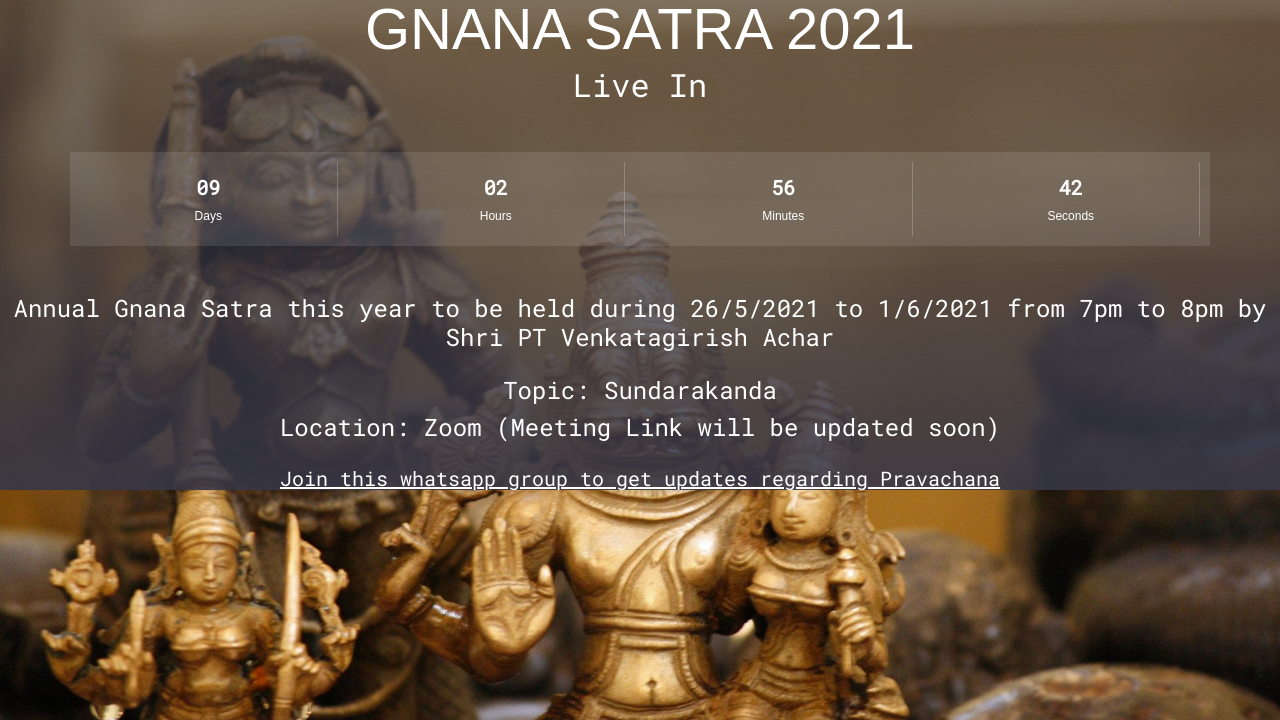
Repository: anirudhbichal/gs
Page: /
These files come from the project's save history. The page is drawn as it stood at one moment and after the next save; the edit follows.
The browser window is 1280 px wide. The pictures show the whole page.
Some web fonts or font styles are not loaded; a fallback is used. The project was rebuilt for these pictures with package versions that can differ from the ones it lists, and the page was loaded fresh each time.

Above is the page before, as saved 2021-05-18 22:38:07.

### public/index.html
<!DOCTYPE html>
<html lang="en">
  <head>
    <meta charset="utf-8" />
    <link rel="icon" href="%PUBLIC_URL%/om_col.svg" />
    <meta name="viewport" content="width=device-width, initial-scale=1" />
    <meta name="theme-color" content="#000000" />
    <meta
      name="description"
      content="Gnana Satra Website Develop"
    />
    <link rel="apple-touch-icon" href="%PUBLIC_URL%/om_col.svg" />
    <!--
      manifest.json provides metadata used when your web app is installed on a
      user's mobile device or desktop. See https://developers.google.com/web/fundamentals/web-app-manifest/
    -->
    <link rel="manifest" href="%PUBLIC_URL%/manifest.json" />
    <!--
      Notice the use of %PUBLIC_URL% in the tags above.
      It will be replaced with the URL of the `public` folder during the build.
      Only files inside the `public` folder can be referenced from the HTML.

      Unlike "/favicon.ico" or "favicon.ico", "%PUBLIC_URL%/favicon.ico" will
      work correctly both with client-side routing and a non-root public URL.
      Learn how to configure a non-root public URL by running `npm run build`.
    -->
    <title>Gnana Satra</title>
  </head>
  <body>
    <noscript>You need to enable JavaScript to run this app.</noscript>
    <div id="root"></div>
    <!--
      This HTML file is a template.
      If you open it directly in the browser, you will see an empty page.

      You can add webfonts, meta tags, or analytics to this file.
      The build step will place the bundled scripts into the <body> tag.

      To begin the development, run `npm start` or `yarn start`.
      To create a production bundle, use `npm run build` or `yarn build`.
    -->
  </body>
</html>

### src/App.js
import 'bootstrap/dist/css/bootstrap.min.css';
import './App.css';
import Container from 'react-bootstrap/Container';
import Timer from "./components/countdown/Timer";

function App() {
  return (
    <div className="App">
      {/* <Container className="my-5">
        <h1>
          Gnana Satra 2021
        </h1>
        <h2 className="mb-5">Live In</h2>
        <Timer />
        <h4 className="mt-5">
          Annual Gnana Satra this year to be held during 26/5/2021 to 1/6/2021 from 7pm to 8pm by Shri PT Venkatagirish Achar
        </h4>
        <h4 className="mt-4">
          Topic: Sundarakanda
        </h4>
        <h4>
          Location: Zoom (Meeting Link will be updated soon)
        </h4>

        <h5 className="mt-4 group-link">
          <a href="https://chat.whatsapp.com/Bpkp3Sle3405H2w5DgFScy" target="_blank">Join this whatsapp group to get updates regarding Pravachana </a>
        </h5>
      </Container> */}
        <h1>
          Gnana Satra 2021
        </h1>
        <h2 className="mb-5">Live In</h2>
        <Timer />
        <h4 className="mt-5">
          Annual Gnana Satra this year to be held during 26/5/2021 to 1/6/2021 from 7pm to 8pm by Shri PT Venkatagirish Achar
        </h4>
        <h4 className="mt-4">
          Topic: Sundarakanda
        </h4>
        <h4>
          Location: Zoom (Meeting Link will be updated soon)
        </h4>

        <h5 className="mt-4 group-link">
          <a href="https://chat.whatsapp.com/Bpkp3Sle3405H2w5DgFScy" target="_blank">Join this whatsapp group to get updates regarding Pravachana </a>
        </h5>
    </div>
  );
}

export default App;

### src/App.css
@import url("https://fonts.googleapis.com/css?family=Roboto+Mono&display=swap");
@import url('https://fonts.cdnfonts.com/css/samarkan');

body {
  color: #fff;
  font-family: "Roboto Mono", sans-serif;
  background-image: url('gs-bg.jpg');
  background-repeat: no-repeat;
  background-size: cover;
  background-position: top top;
  background-attachment: fixed;
  height: 100%;
}

.App {
  text-align: center;
  height: 100%;
  background: rgb(55, 55, 70);
  background: linear-gradient(
    0deg,
    rgba(55, 55, 70, 0.9) 0%,
    rgba(55, 55, 70, 0.7) 50%,
    rgba(55, 55, 70, 0.6) 100%
  );
}

h1 {
  font-family: 'Samarkan', sans-serif;
  font-size: 58px;
  text-transform: uppercase;
  line-height: 1;
}

.group-link a,.group-link a:hover, .group-link a:visited {
  color: #fff;
  text-decoration: underline;
}

### src/components/countdown/Timer.js
import React, { Component } from "react";
// import moment from 'moment';
import Container from 'react-bootstrap/Container';
import Row from 'react-bootstrap/Row';
import Col from 'react-bootstrap/Col';
import "./Timer.css";

class CountDown extends Component {
  constructor(props) {
    super(props);
    this.count = this.count.bind(this);
    this.state = {
      days: 0,
      minutes: 0,
      hours: 0,
      secounds: 0,
      time_up: ""
    };
    this.x = null;
    this.deadline = null;
  }
  count() {
    var now = new Date().getTime();
    var t = this.deadline - now;
    var dd = Math.floor(t / (1000 * 60 * 60 * 24));
    var hh = Math.floor((t % (1000 * 60 * 60 * 24)) / (1000 * 60 * 60));
    var mm = Math.floor((t % (1000 * 60 * 60)) / (1000 * 60));
    var ss = Math.floor((t % (1000 * 60)) / 1000);

    var days = dd < 10 ? "0" + dd : dd;
    var hours = hh < 10 ? "0" + hh : hh;
    var minutes = mm < 10 ? "0" + mm : mm;
    var seconds = ss < 10 ? "0" + ss : ss;

    this.setState({ days, minutes, hours, seconds });

    if (t < 0) {
      clearInterval(this.x);
      this.setState({
        days: 0,
        minutes: 0,
        hours: 0,
        seconds: 0,
        time_up: "TIME IS UP"
      });
    }
  }
  componentDidMount() {
    this.deadline = new Date("May 26, 2021 19:00:00").getTime();

    this.x = setInterval(this.count, 1000);
  }

  render() {
    const { days, seconds, hours, minutes } = this.state;
    return (
      <Container id="countdown">
        <Row>
            <Col>
                <div className="box">
                    <p id="day">{days}</p>
                    <span className="text">Days</span>
                </div>
            </Col>
            <Col>
                <div className="box">
                    <p id="hour">{hours}</p>
                    <span className="text">Hours</span>
                </div>
            </Col>
            <Col>
                <div className="box">
                    <p id="minute">{minutes}</p>
                    <span className="text">Minutes</span>
                </div>
            </Col>
            <Col>
                <div className="box">
                    <p id="second">{seconds}</p>
                    <span className="text">Seconds</span>
                </div>
            </Col>
        </Row>
      </Container>
    );
  }
}

export default CountDown;

### src/components/countdown/Timer.css
#countdown {
    padding: 10px;
    background-color: rgba(255, 255, 255, 0.1);
    display: inline-block;
    text-align: center;
    margin: auto;
  }
  #countdown .box {
    padding: 10px;
    border-right: solid 1px rgba(255, 255, 255, 0.2);
  }
  #countdown .col-4:last-child .box {
    border-right-color: transparent;
  }
  #countdown .box p {
    font-size: 20px;
    font-weight: bold;
    margin: 0;
  }
  #countdown .box .text {
    font-size: 12px;
    font-family: sans-serif;
  }

Loaded but not shown: src/index.js (common file); src/index.css (common file); src/reportWebVitals.js (common file)

After the next save:
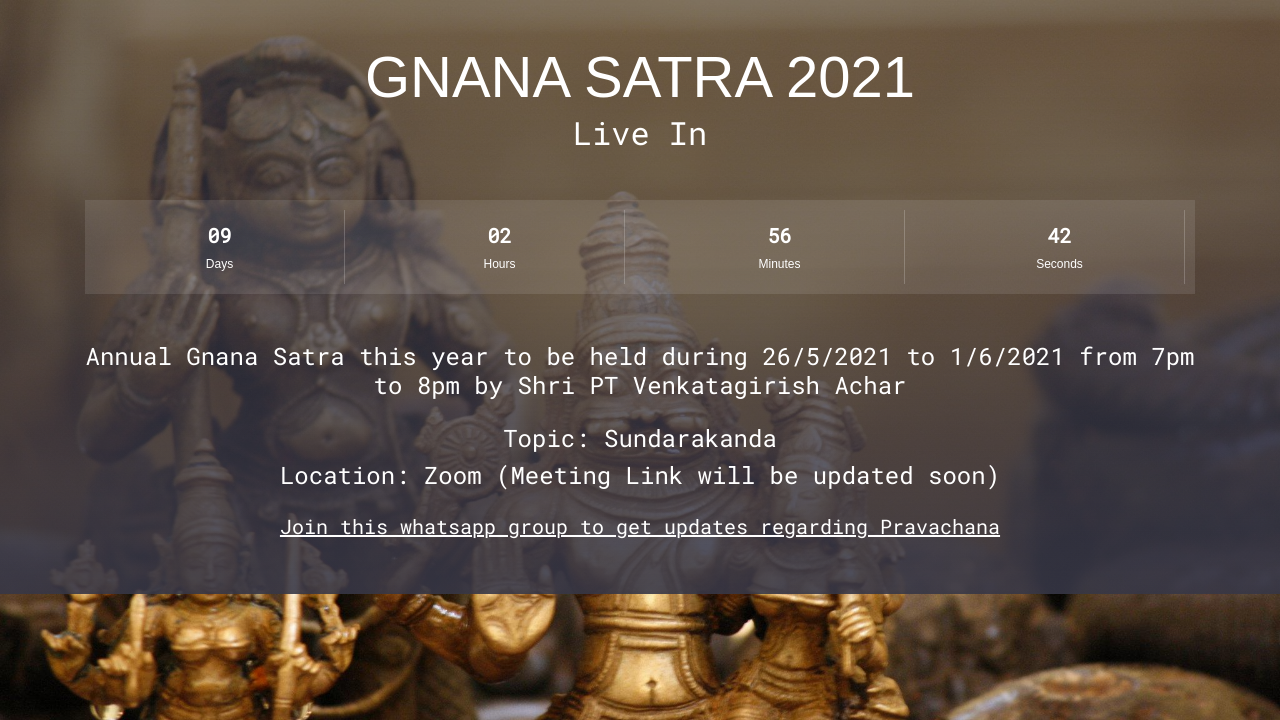
Saved 98 s later.
--- a/src/App.js
+++ b/src/App.js
@@ -6,7 +6,7 @@ import Timer from "./components/countdown/Timer";
 function App() {
   return (
     <div className="App">
-      {/* <Container className="my-5">
+      <Container className="py-5">
         <h1>
           Gnana Satra 2021
         </h1>
@@ -25,25 +25,7 @@ function App() {
         <h5 className="mt-4 group-link">
           <a href="https://chat.whatsapp.com/Bpkp3Sle3405H2w5DgFScy" target="_blank">Join this whatsapp group to get updates regarding Pravachana </a>
         </h5>
-      </Container> */}
-        <h1>
-          Gnana Satra 2021
-        </h1>
-        <h2 className="mb-5">Live In</h2>
-        <Timer />
-        <h4 className="mt-5">
-          Annual Gnana Satra this year to be held during 26/5/2021 to 1/6/2021 from 7pm to 8pm by Shri PT Venkatagirish Achar
-        </h4>
-        <h4 className="mt-4">
-          Topic: Sundarakanda
-        </h4>
-        <h4>
-          Location: Zoom (Meeting Link will be updated soon)
-        </h4>
-
-        <h5 className="mt-4 group-link">
-          <a href="https://chat.whatsapp.com/Bpkp3Sle3405H2w5DgFScy" target="_blank">Join this whatsapp group to get updates regarding Pravachana </a>
-        </h5>
+      </Container>
     </div>
   );
 }
